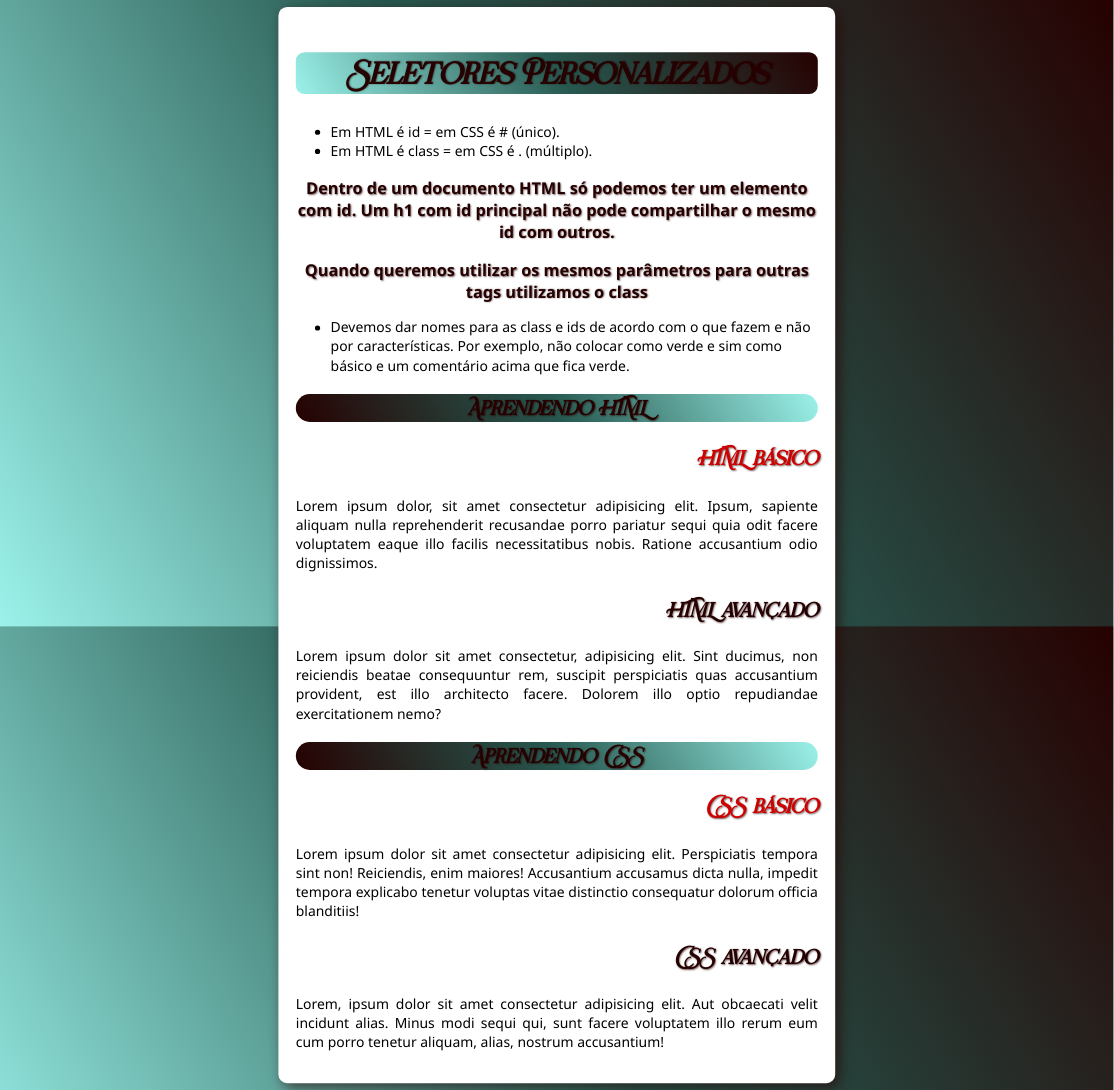
Repository: Willcmorais/vscode-workspace
Page: html-css/curso-em-video/modulo02/estudos/ex024-seletores-personaliz/index.html
The author's editor kept a copy of each file at every save. The page is drawn from the files as they stood at one save, then again after a run of saves.
The browser window is 1280 px wide. The pictures show the whole page, at 87% of full size.
Backgrounds fixed to the window are drawn as part of the page.

Above is the page before, as saved 2024-09-23 10:12:37.

### html-css/curso-em-video/modulo02/estudos/ex024-seletores-personaliz/index.html
<!DOCTYPE html>
<html lang="pt-br">

<head>
    <meta charset="UTF-8">
    <meta name="viewport" content="width=device-width, initial-scale=1.0">
    <title>Usando o id com CSS</title>
    <link rel="stylesheet" href="style.css">
    <style>
        @font-face {
            font-family: 'Rusilla';
            src: url('fonts/Rusillaserif-Regular.ttf') format('opentype');
            font-weight: normal;
            font-style: normal;
        }
    </style>
</head>

<body>
    <main>
        <h1 id="principal">Seletores Personalizados</h1>
        <ul>
            <li>Em HTML é id = em CSS é # (único).</li>
            <li>Em HTML é class = em CSS é . (múltiplo).</li>
        </ul>
        <h3>Dentro de um documento HTML só podemos ter um elemento com id. Um h1 com id principal não pode compartilhar
            o mesmo id com outros.</h3>
        <h3>Quando queremos utilizar os mesmos parâmetros para outras tags utilizamos o class</h3>
        <ul>
            <li>Devemos dar nomes para as class e ids de acordo com o que fazem e não por características. Por exemplo,
                não
                colocar como verde e sim como básico e um comentário acima que fica verde.</li>
        </ul>
        <h1 class="principal">Aprendendo HTML</h1>
        <h2 class="basico">HTML básico</h2>
        <p>Lorem ipsum dolor, sit amet consectetur adipisicing elit. Ipsum, sapiente aliquam nulla reprehenderit
            recusandae porro pariatur sequi quia odit facere voluptatem eaque illo facilis necessitatibus nobis. Ratione
            accusantium odio dignissimos.</p>
        <h2 class="avancado">HTML avançado</h2>
        <p>Lorem ipsum dolor sit amet consectetur, adipisicing elit. Sint ducimus, non reiciendis beatae consequuntur
            rem, suscipit perspiciatis quas accusantium provident, est illo architecto facere. Dolorem illo optio
            repudiandae exercitationem nemo?</p>
        <h1 class="principal">Aprendendo CSS</h1>
        <h2 class="basico">CSS básico</h2>
        <p>Lorem ipsum dolor sit amet consectetur adipisicing elit. Perspiciatis tempora sint non! Reiciendis, enim
            maiores! Accusantium accusamus dicta nulla, impedit tempora explicabo tenetur voluptas vitae distinctio
            consequatur dolorum officia blanditiis!</p>
        <h2 class="avancado">CSS avançado</h2>
        <p>Lorem, ipsum dolor sit amet consectetur adipisicing elit. Aut obcaecati velit incidunt alias. Minus modi
            sequi qui, sunt facere voluptatem illo rerum eum cum porro tenetur aliquam, alias, nostrum accusantium!</p>

    </main>

</body>

</html>

### html-css/curso-em-video/modulo02/estudos/ex024-seletores-personaliz/style.css
@charset "utf8";

* {
    /*safe combination, ele usa a primeira letra q achar*/
    font-family: 'Segoe UI', Tahoma, Geneva, Verdana, sans-serif;
}

body {
    background-image: linear-gradient(-120deg, #260101, #275950, #9BF2EA);
    background-attachment: fixed;
}

img {
    /* As imagens são inline por padrão, então precisamos torná-las block */
    display: block;
    /* Centraliza horizontalmente */
    margin: 0 auto;
}

main {
    background-color: white;
    /*arredonda as bordas*/
    border-radius: 10px;
    /*1 parametro é o lado da sombra, 2 é para baixo, 3 é o quanto espalha e 4 o quanto de transparência tem(ou cor)*/
    box-shadow: 5px 5px 15px rgba(38, 1, 1, 0.619);
    /*largura do recorte*/
    width: 600px;
    /*distancia das bordas com o conteúdo*/
    padding: 20px;
    /*altera automaticamente a margem para o centro da tela*/
    margin: auto;
}

h1#principal {
    font: italic bolder 3em 'Rusilla';
    text-align: center;
    color: #260101;
    background-image: linear-gradient(-120deg, #260101, #275950, #9BF2EA);
    border-radius: 10px;
    /*mesmos parametros para o box-shadow*/
    text-shadow: 1px 1px 2px rgba(38, 1, 1, 0.615);
}

.principal {
    font: italic bold 2em 'Rusilla';
    text-align: center;
    color: #260101;
    background-image: linear-gradient(-120deg, #9BF2EA, #275950, #260101);
    border-radius: 30px;
    /*mesmos parametros para o box-shadow*/
    text-shadow: 1px 1px 2px rgba(38, 1, 1, 0.615);
}

.basico {
    font: italic bold 2em 'Rusilla';
    text-align: right;
    color: #ce0101;
    border-radius: 30px;
    /*mesmos parametros para o box-shadow*/
    text-shadow: 1px 1px 2px rgba(38, 1, 1, 0.615);
}

.avancado {
    font: italic bold 2em 'Rusilla';
    text-align: right;
    color: #260101;
    border-radius: 30px;
    /*mesmos parametros para o box-shadow*/
    text-shadow: 1px 1px 2px rgba(38, 1, 1, 0.615);
}

h1 {
    text-align: center;
    color: #260101;
    /*mesmos parametros para o box-shadow*/
    text-shadow: 1px 1px 2px rgba(38, 1, 1, 0.615);
}

h2 {
    color: #260101;
    text-shadow: 1px 1px 2px rgba(38, 1, 1, 0.615);
}

h3 {
    text-align: center;
    color: #260101;
    text-shadow: 1px 1px 2px rgba(38, 1, 1, 0.615);
}

p {
    text-align: justify;
}

After the next 2 saves:
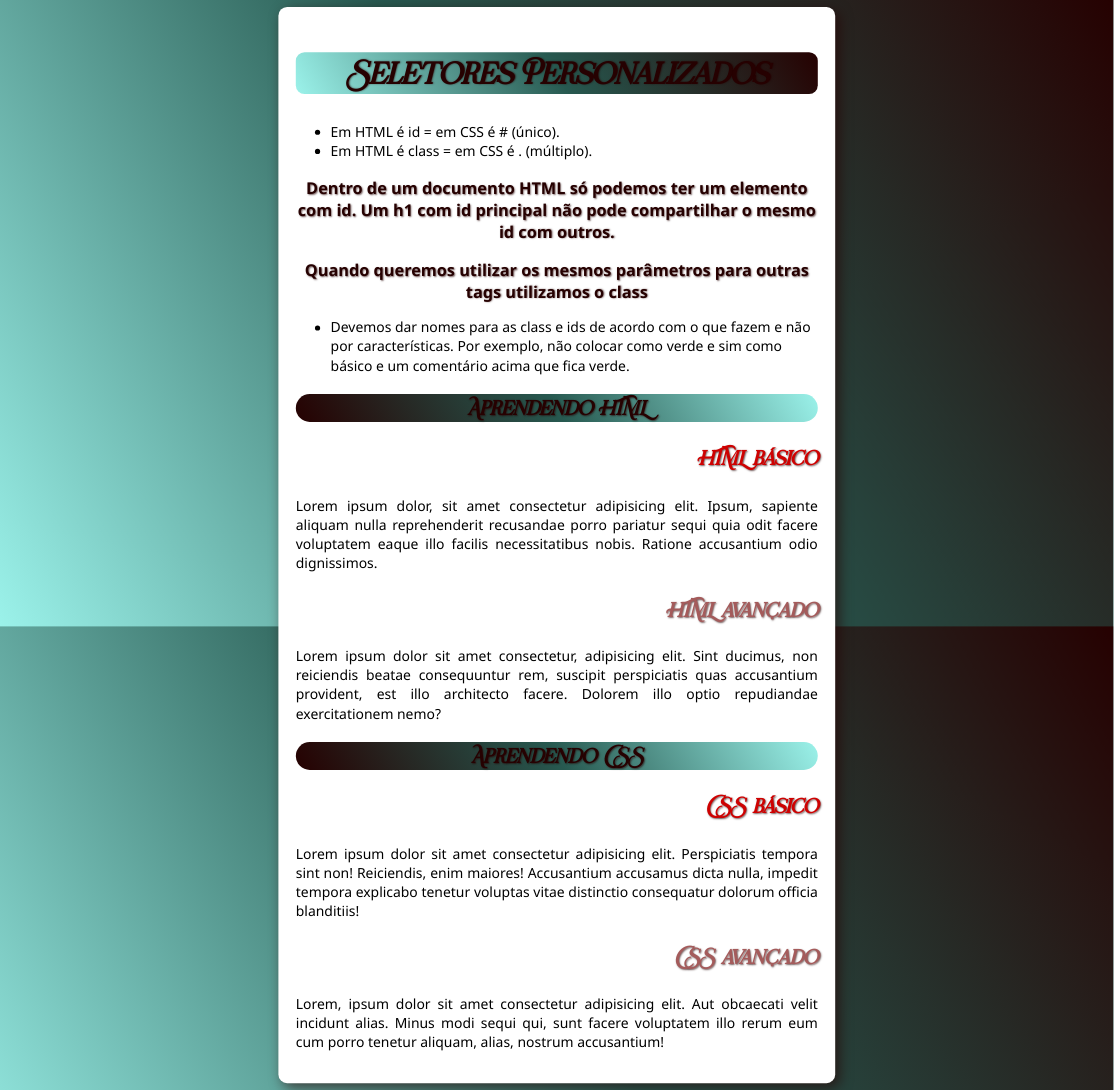
The 2 saves are shown as one change because they came seconds apart.
The last was saved 11 s later.
--- a/html-css/curso-em-video/modulo02/estudos/ex024-seletores-personaliz/style.css
+++ b/html-css/curso-em-video/modulo02/estudos/ex024-seletores-personaliz/style.css
@@ -63,7 +63,7 @@ h1#principal {
 .avancado {
     font: italic bold 2em 'Rusilla';
     text-align: right;
-    color: #260101;
+    color: #a45b5b;
     border-radius: 30px;
     /*mesmos parametros para o box-shadow*/
     text-shadow: 1px 1px 2px rgba(38, 1, 1, 0.615);
